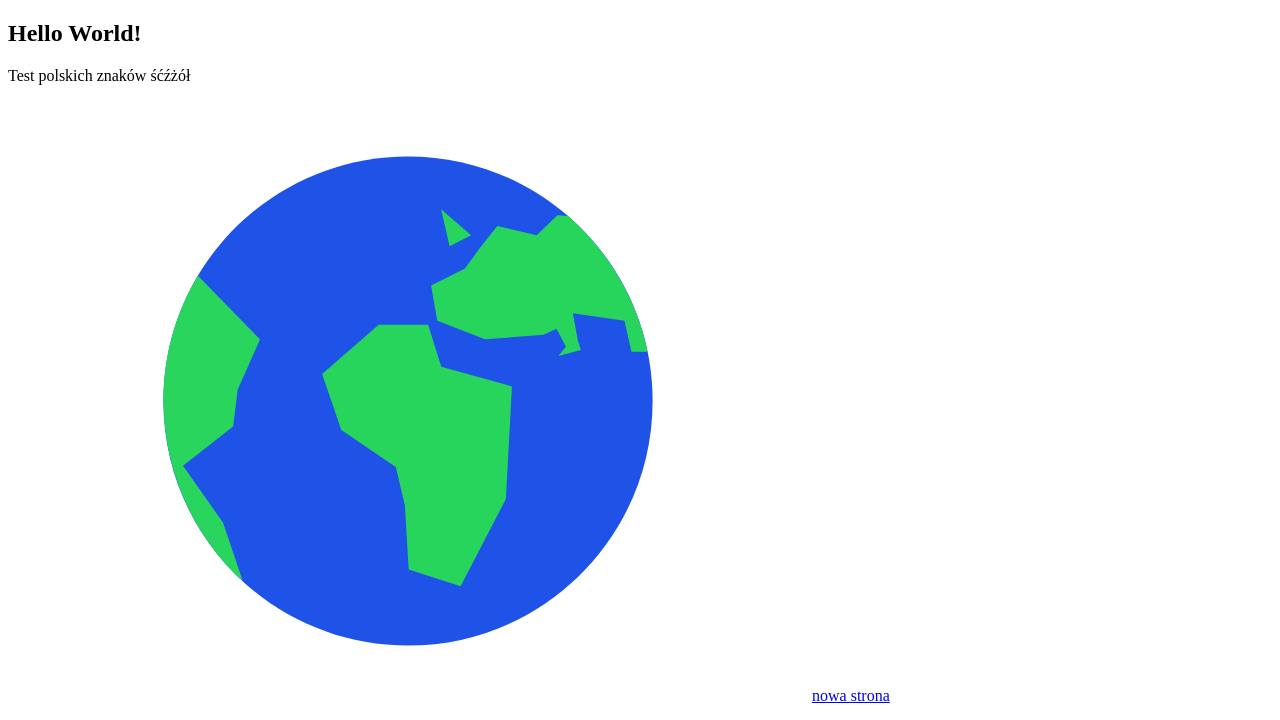
Repository: RafalSl/Java-Spring-Bootcamp-Excercises
Page: spring-jar-test/src/main/resources/static/index.html
The author's editor kept a copy of each file at every save. The page is drawn from the files as they stood at one save, then again after the next save.
The browser window is 1280 px wide. The pictures show the whole page.

Above is the page before, as saved 2017-06-08 12:37:25.

### spring-jar-test/src/main/resources/static/index.html
<!DOCTYPE html>
<html>
<head>
<meta charset="UTF-8">
</head>
<body>
<h2>Hello World!</h2>
<p>Test polskich znaków śćźżół</p>
<img src="/photo/world.svg">
<a href="nowa.html">nowa strona</a>
</body>
</html>

After the next save:
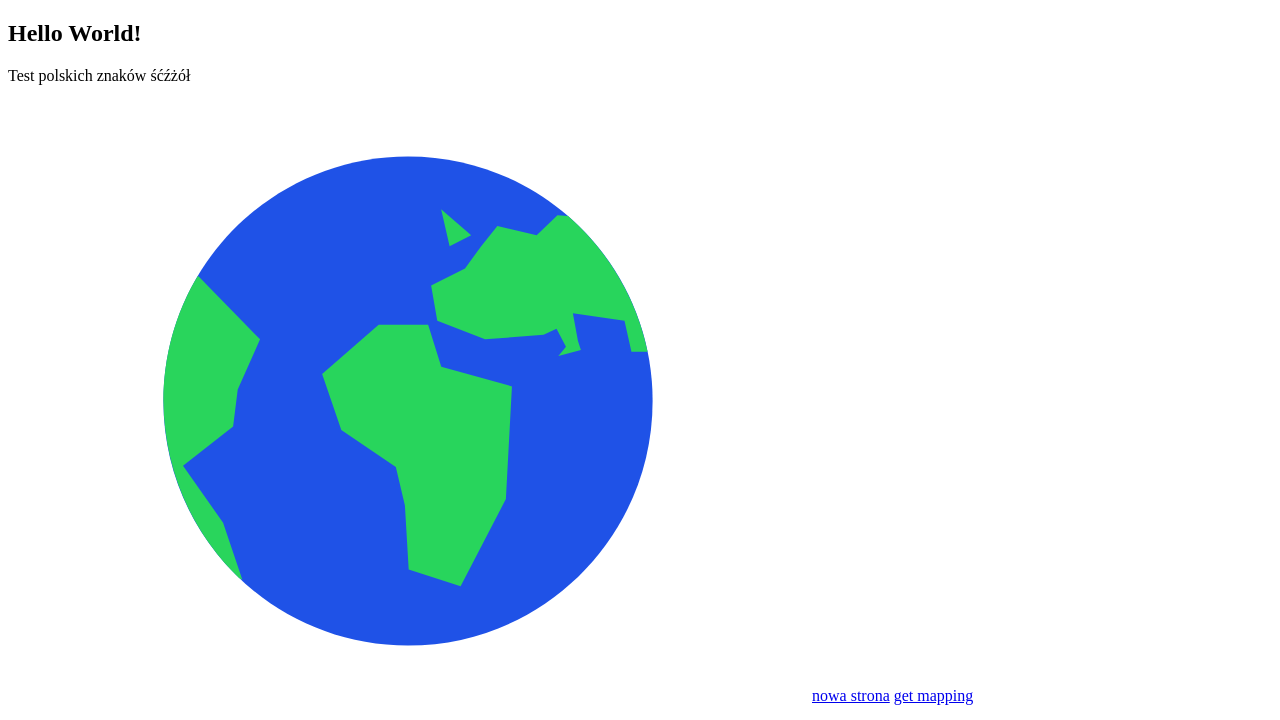
Saved 39 s later.
--- a/spring-jar-test/src/main/resources/static/index.html
+++ b/spring-jar-test/src/main/resources/static/index.html
@@ -8,5 +8,6 @@
 <p>Test polskich znaków śćźżół</p>
 <img src="/photo/world.svg">
 <a href="nowa.html">nowa strona</a>
+<a href="getmap.html">get mapping</a>
 </body>
 </html>
